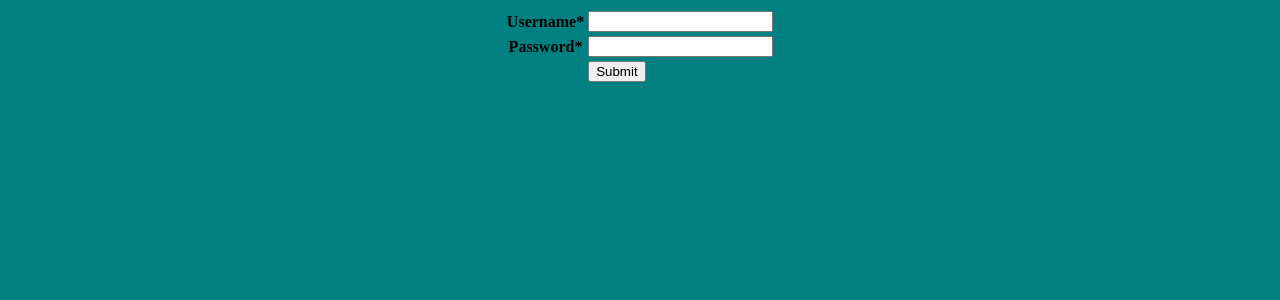
Repository: raviraj226/AdvanceJava
Page: http://localhost/Ravi_Maven/LoginWeb.jsp
These files come from the project's save history. The page is drawn as it stood at one moment and after the next save; the edit follows.
The browser window is 1280 px wide. The pictures show the whole page.
The page is served by Tomcat 9.

Above is the page before, as saved 2022-03-15 10:01:42.

After the next save:
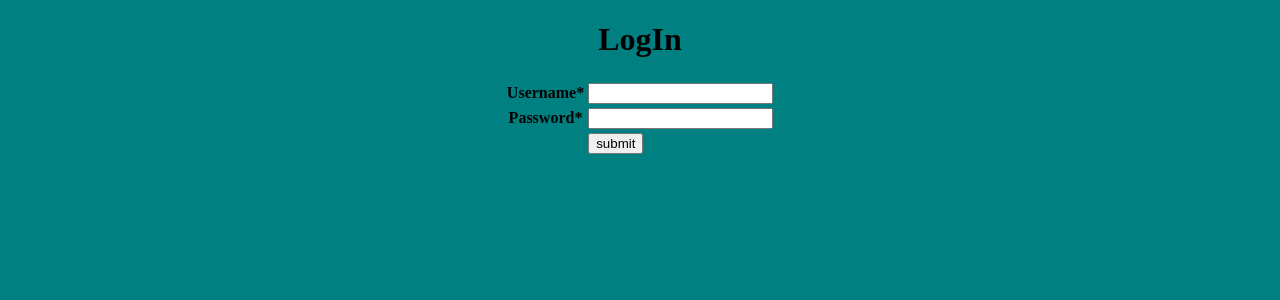
Saved 3 min 0 s later.
--- a/Advance Java/Ravi_Maven/src/main/webapp/LoginWeb.jsp
+++ b/Advance Java/Ravi_Maven/src/main/webapp/LoginWeb.jsp
@@ -7,8 +7,9 @@
 <title>Insert title here</title>
 </head>
 <body bgcolor="teal">
-	<form action="data.jsp" method="post">
+	<form method="post">
 		<table align="center">
+		<h1 align="center">LogIn</h1>
 			<tr>
 				<th>Username*</th>
 				<td><input type="text" name="user"></td>
@@ -18,7 +19,7 @@
 			</tr>
 			<tr>
 				<th></th>
-				<td><input type="submit" name="user"></td>
+				<td><input type="submit" name="op" value="submit"></input></td>
 			</tr>
 		</table>
 	</form>
